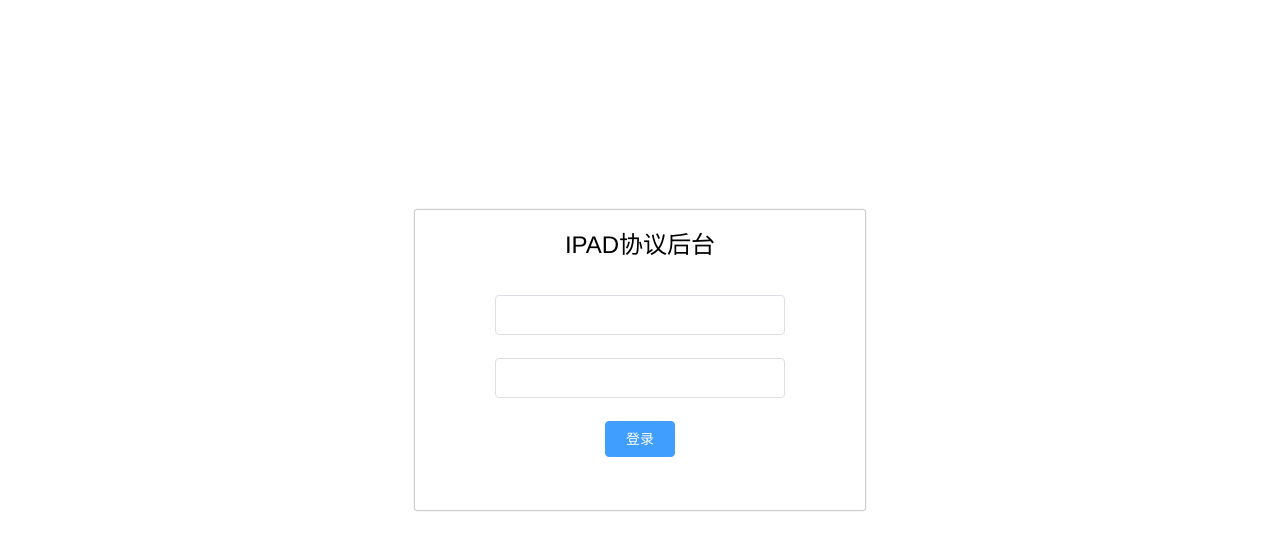
Repository: Iamanuan/ipad_admin
Page: /
An editor plug-in stored every save of this project. The page is shown before and after the next save, followed by the edit.
The browser window is 1280 px wide. The pictures show the whole page.
The project was rebuilt for these pictures with package versions that can differ from the ones it lists, and the page was loaded fresh each time. Also part of the build but not shown: vue.config.js.

Above is the page before, as saved 2020-05-07 13:49:07.

### src/main.js
import Vue from 'vue'
import App from './App.vue'
import router from './router'
import './plugins/element.js'

//

Vue.config.productionTip = false

new Vue({
  router,
  render: h => h(App)
}).$mount('#app')

### src/router/index.js
import Vue from 'vue'
import VueRouter from 'vue-router'

Vue.use(VueRouter)

const Login = () => import('../components/Login.vue')
const Home = () => import('../views/Home.vue')

const routes = [
  {
    path: '/',
    redirect: '/login'
  },
  {
    path: '/login',
    component: Login
  },
  {
    path: '/home',
    component: Home
  }
]

const router = new VueRouter({
  routes
})

export default router

### src/components/Login.vue
<template>
  <div class="login_container">
    <div class="login_box">
      <!-- 管理后台名称区域 -->
      <div class="login_title">IPAD协议后台</div>
      <!-- 登录表单区域 -->
      <el-form label-width="0px" class="login_form">
        <!-- 用户名 -->
        <el-form-item>
          <el-input></el-input>
        </el-form-item>
        <!-- 密码 -->
        <el-form-item>
          <el-input></el-input>
        </el-form-item>
        <!-- 按钮区域 -->
        <el-form-item class="btns" size="medium">
          <el-button type="primary">登录</el-button>
        </el-form-item>
      </el-form>
    </div>
  </div>
</template>

<script>
export default {
  name: 'login'
}
</script>

<style lang='less' scoped>
.login_container {
  background-color: #2b4b6b;
  height: 100%;
}

.login_box {
  width: 450px;
  height: 300px;
  background-color: #ffffff;
  border-radius: 3px;
  position: absolute;
  top: 50%;
  left: 50%;
  transform: translate(-50%, -50%);
  box-shadow: 0 0 2px #dddddd;
  border: 1px solid #cccccc;

  .login_title{
    font-size: x-large;
    text-align: center;
    height: 69px;
    line-height: 69px;
    font-family: "Helvetica Neue",Helvetica,"PingFang SC","Hiragino Sans GB","Microsoft YaHei","微软雅黑",Arial,sans-serif;
  }
}

.login_form{
  position: absolute;
  bottom: 30px;
  padding: 0 80px;
  width: 100%;
  box-sizing: border-box;
}

.btns{
  display: flex;
  justify-content: center;
}
</style>

Loaded but not shown: public/index.html (common file); src/App.vue (common file); src/plugins/element.js (common file)

After the next save:
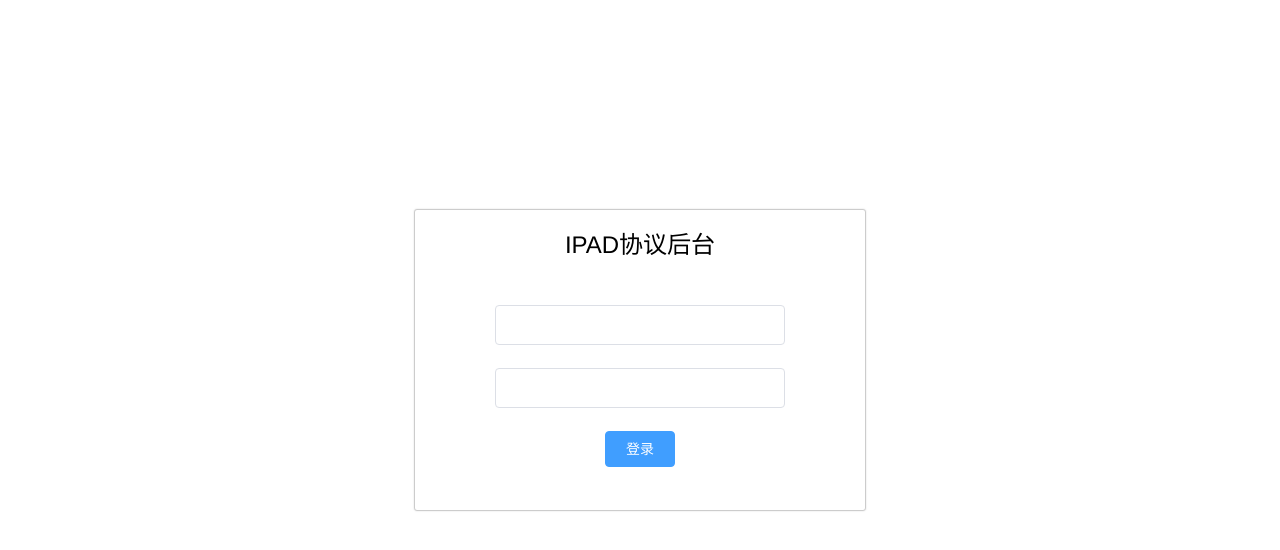
Saved 10 s later.
--- a/src/components/Login.vue
+++ b/src/components/Login.vue
@@ -57,7 +57,7 @@ export default {
 
 .login_form{
   position: absolute;
-  bottom: 30px;
+  bottom: 20px;
   padding: 0 80px;
   width: 100%;
   box-sizing: border-box;
